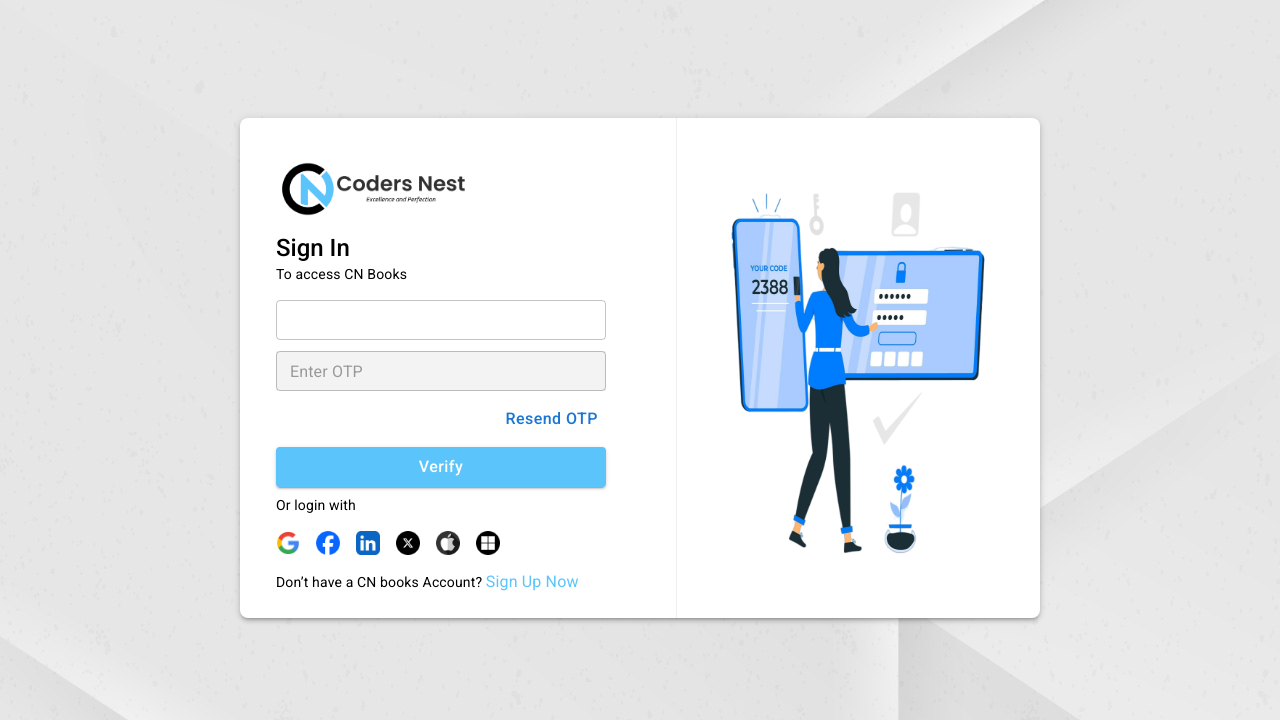
Repository: wajahadalishaik04/CN_Books
Page: /otpscreen
These files come from the project's save history. The page is drawn as it stood at one moment and after the next save; the edit follows.
The browser window is 1280 px wide. The pictures show the whole page.
The project was rebuilt for these pictures with package versions that can differ from the ones it lists, and the page was loaded fresh each time. Also part of the build but not shown: vite.config.js, src/pages/LoginScreen.jsx, src/pages/Signin.jsx, src/pages/SignUp.jsx, src/pages/VerifyScreen.jsx, src/components/Header.jsx, src/components/SideBar.jsx, src/components/Content.jsx and 7 more.

Above is the page before, as saved 2024-09-30 18:12:52.

After the next save:
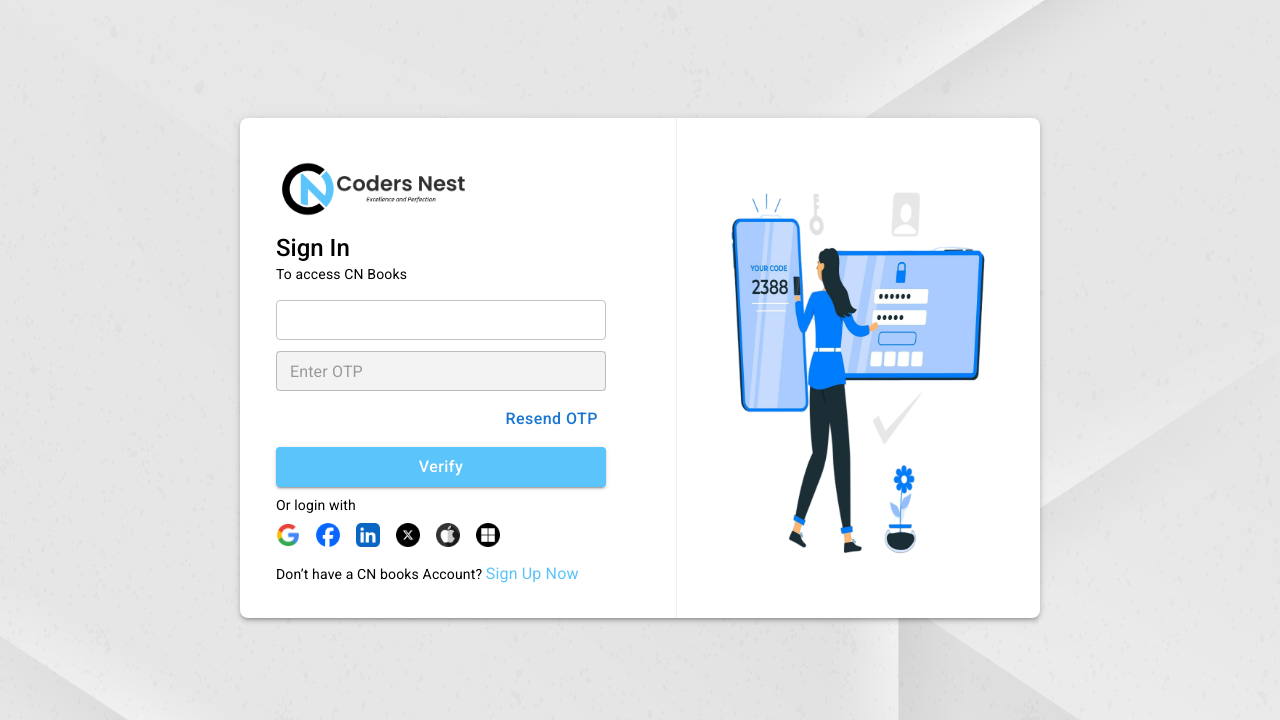
Saved 8 s later.
--- a/src/pages/OtpScreen.jsx
+++ b/src/pages/OtpScreen.jsx
@@ -190,7 +190,7 @@ const OtpScreen = () => {
               Or login with
             </Typography>
             {/* Social Icons */}
-            <Box display="flex" justifyContent="flex-start" gap={2} mt={2}>
+            <Box display="flex" justifyContent="flex-start" gap={2} mt={1}>
               <img src={images.googleicon} width={24} alt="googleicon" />
               <img src={images.facebookicon} width={24} alt="facebookicon" />
               <img src={images.linkedinicon} width={24} alt="linkedinicon" />
